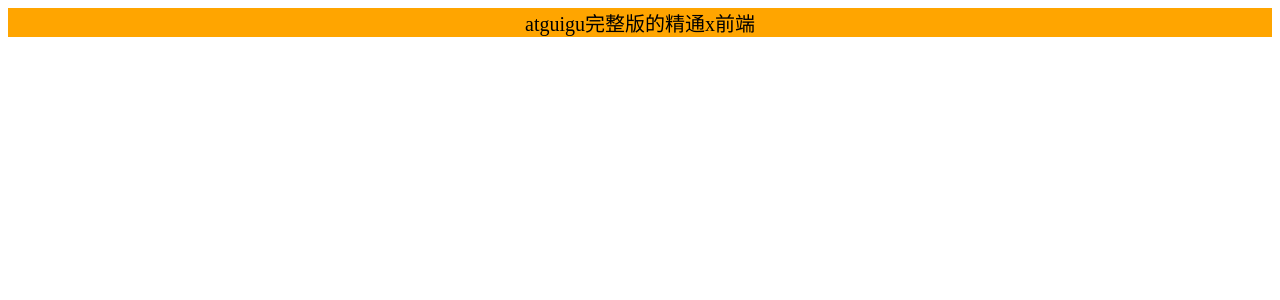
Repository: 123648923/html5-css3
Page: css/10 常用文本属性/10 vertical-align.html
An editor plug-in stored every save of this project. The page is shown before and after the next save, followed by the edit.
The browser window is 1280 px wide. The pictures show the whole page.

Above is the page before, as saved 2023-11-06 15:35:02.

### css/10 常用文本属性/10 vertical-align.html
<!DOCTYPE html>
<html lang="zh_cn">

<head>
    <meta charset="UTF-8">
    <title>vertical-align</title>
    <style>
        div {
            font-size: 20px;
            background-color: orange;
            text-align: center;
        }
    </style>
</head>

<body>
    <div class="atguigu1">
        atguigu完整版的精通<span>x前端</span>
    </div>
</body>

</html>

After the next save:
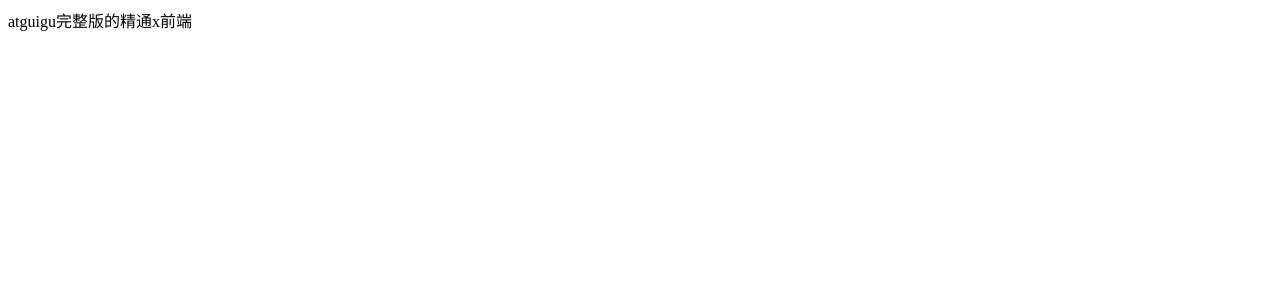
Saved 4 s later.
--- a/css/10 常用文本属性/10 vertical-align.html
+++ b/css/10 常用文本属性/10 vertical-align.html
@@ -6,9 +6,6 @@
     <title>vertical-align</title>
     <style>
         div {
-            font-size: 20px;
-            background-color: orange;
-            text-align: center;
         }
     </style>
 </head>
